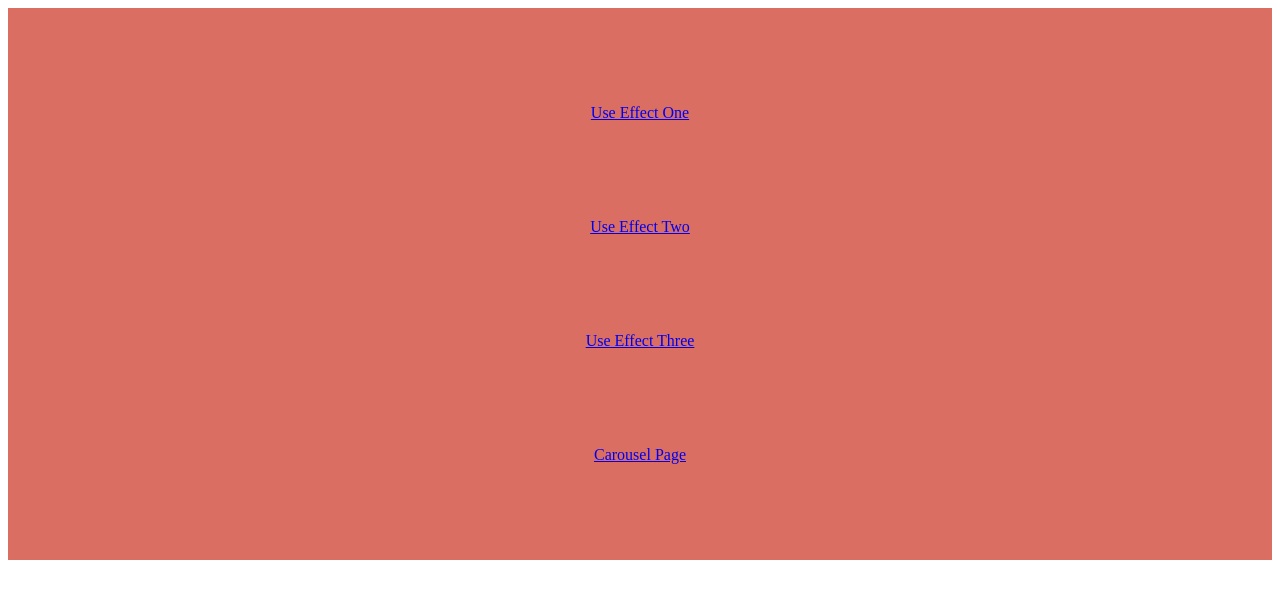
Repository: RonanKhalilOlaes/Class08
Page: /
An editor plug-in stored every save of this project. The page is shown before and after the next save, followed by the edit.
The browser window is 1280 px wide. The pictures show the whole page.
The project was rebuilt for these pictures with package versions that can differ from the ones it lists, and the page was loaded fresh each time. The framework's server and built-in components were replaced by stand-ins that run in the browser. Also part of the build but not shown: next.config.js.

Above is the page before, as saved 2023-02-20 22:25:29.

### pages/index.js
import Head from 'next/head'
import styles from '@/styles/Home.module.css'
import Link from 'next/link'


export default function Home() {
  return (
    <>
      <Head>
        <title>Create Next App</title>
        <meta name="description" content="Generated by create next app" />
        <meta name="viewport" content="width=device-width, initial-scale=1" />
        <link rel="icon" href="/favicon.ico" />
      </Head>
      <main className={styles.main}>
        <Link href="/useEffectOne">Use Effect One</Link>
        <Link href="/useEffectTwo">Use Effect Two</Link>
        <Link href="/useEffectThree">Use Effect Three</Link>
        <Link href="/carouselPage">Carousel Page</Link>
      </main>
    </>
  )
}

### styles/globals.css
:root {

}

### styles/Home.module.css
.main {
  display: flex;
  flex-direction: column;
  justify-content: space-between;
  align-items: center;
  padding: 6rem;
  min-height: 50vh;

  background-color: rgb(218, 110, 98);
}

.text {
  color: white;
  text-decoration: none;
  font-size: 1rem;
  font-family: Arial, Helvetica, sans-serif;
}

Loaded but not shown: pages/_app.js (common file); pages/_document.js (common file)

After the next save:
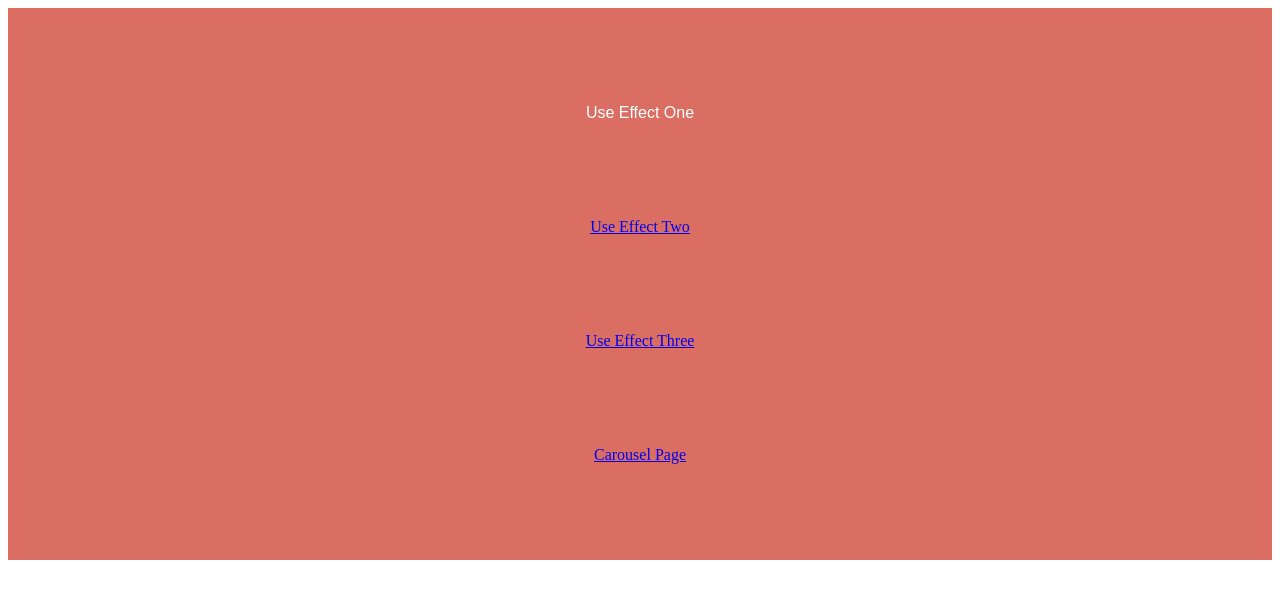
Saved 41 s later.
--- a/pages/index.js
+++ b/pages/index.js
@@ -13,7 +13,7 @@ export default function Home() {
         <link rel="icon" href="/favicon.ico" />
       </Head>
       <main className={styles.main}>
-        <Link href="/useEffectOne">Use Effect One</Link>
+        <Link href="/useEffectOne" className={styles.text}>Use Effect One</Link>
         <Link href="/useEffectTwo">Use Effect Two</Link>
         <Link href="/useEffectThree">Use Effect Three</Link>
         <Link href="/carouselPage">Carousel Page</Link>
